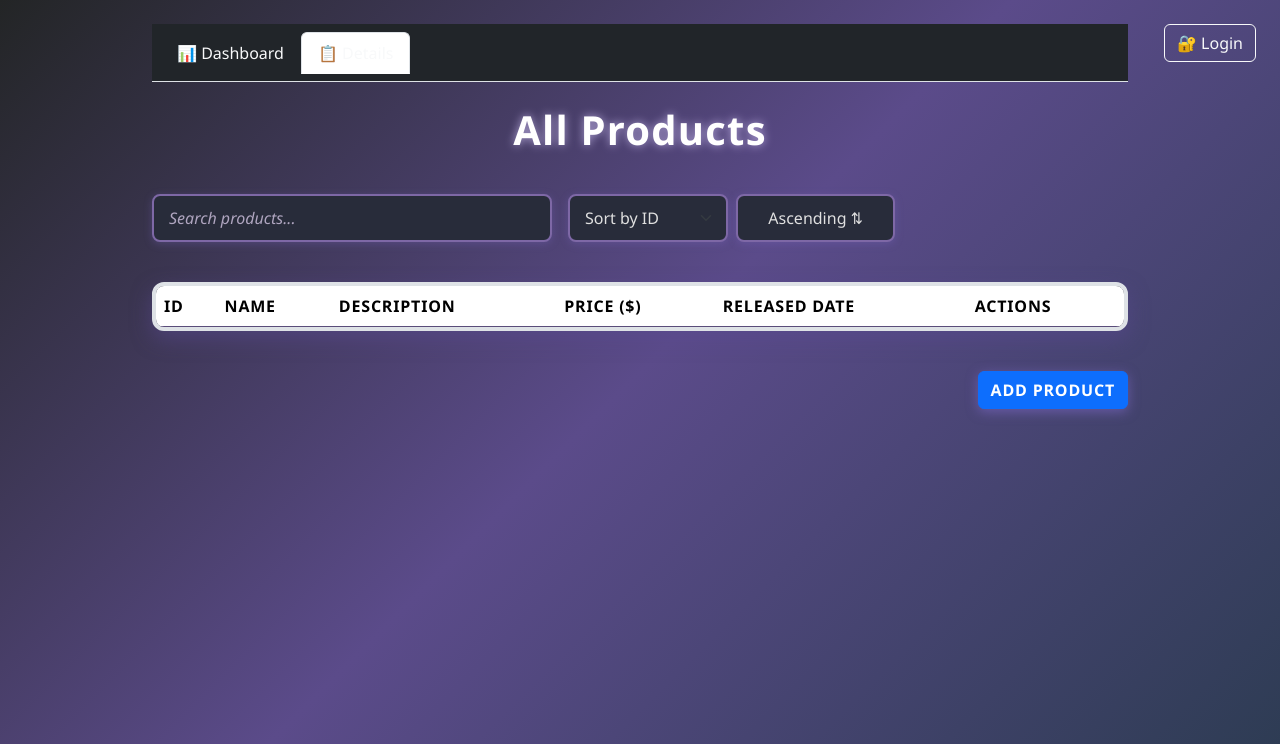
Repository: shyamoracle/training_case_study
Page: pmsagain/pmsitis/src/main/resources/webapp/index.html
These files come from the project's save history. The page is drawn as it stood at one moment and after the next save; the edit follows.
The browser window is 1280 px wide. The pictures show the whole page.
The page's requests for data from a server got no answer.

Above is the page before, as saved 2025-09-21 05:12:39.

### pmsagain/pmsitis/src/main/resources/webapp/index.html
<!DOCTYPE html>
<html lang="en">
<head>
  <meta charset="UTF-8" />
  <title>Product List</title>
  <link href="https://cdn.jsdelivr.net/npm/bootstrap@5.3.2/dist/css/bootstrap.min.css" rel="stylesheet" />
  <style>
    /* Body & typography */
    body {
      background: linear-gradient(135deg, #232526, #5b4b8a, #2e3c54);
      color: #e0e0e0;
      font-family: 'Segoe UI', Tahoma, Geneva, Verdana, sans-serif;
      min-height: 100vh;
      padding-bottom: 2rem;
    }

    /* Header */
    h1 {
      text-align: center;
      margin-bottom: 2.5rem;
      color: rgb(255, 255, 255)!important;
      font-weight: 700;
      letter-spacing: 1.2px;
      text-shadow: 0 0 10px rgba(216, 202, 255, 0.7);
    }

    /* Container tweaks */
    .container {
      max-width: 1000px;
    }
    #searchInput {
  width: 100%;
  max-width: 400px;
  padding: 10px 15px;
  margin-bottom: 1.5rem;
  border: 2px solid #7e68a6;  /* lavender border */
  border-radius: 8px;
  background-color: #282c3a;  /* matching table background */
  color: #e0e0e0;
  font-size: 1rem;
  box-shadow: 0 2px 8px rgba(125, 105, 200, 0.3);
  transition: border-color 0.3s ease, box-shadow 0.3s ease;
}

#searchInput::placeholder {
  color: #b0a6c0;
  font-style: italic;
}

#searchInput:focus {
  outline: none;
  border-color: #a593d1;  /* lighter lavender on focus */
  box-shadow: 0 0 8px 2px rgba(165, 147, 209, 0.7);
  background-color: #2e3150;
}


    /* Table styling */
    table {
      border-collapse: separate !important;
      border-spacing: 0;
      border-radius: 12px;
      overflow: hidden;
      border: 4px solid white;  /* thick white border */
      background-color: #282c3a;
      box-shadow: 0 8px 20px rgba(89, 74, 146, 0.5);
      transition: box-shadow 0.3s ease;
      width: 100%;
    }

    table:hover {
      box-shadow: 0 12px 30px rgba(89, 74, 146, 0.8);
    }

    thead th {
      background-color: #7e68a6;
      color: #fff;
      font-weight: 600;
      border-bottom: 3px solid #5a4d7a;
      padding: 14px 50px;
      letter-spacing: 0.05em;
      text-transform: uppercase;
      user-select: none;
    }

    tbody tr:hover {
      background-color: #3b3f58;
      cursor: pointer;
      transition: background-color 0.3s ease;
    }

    tbody td {
      border-top: 1px solid #5a4d7a;
      padding: 14px 50px;
      color: #cfcfe3;
      vertical-align: middle;
    }

    tbody tr:last-child td:first-child {
      border-bottom-left-radius: 12px;
    }

    tbody tr:last-child td:last-child {
      border-bottom-right-radius: 12px;
    }

    /* Action buttons in table */
    .btn-sm {
      padding: 0.25rem 0.5rem;
      font-size: 0.875rem;
    }

    /* Add Product button */
    .btn-add {
      margin-top: 1.5rem;
      margin-bottom: 1rem;
      float: right;
      box-shadow: 0 3px 12px rgba(125, 105, 200, 0.6);
      font-weight: 600;
      letter-spacing: 0.05em;
      text-transform: uppercase;
      transition: background-color 0.3s ease, box-shadow 0.3s ease;
    }

    .btn-add:hover {
      background-color: #6a54a2;
      box-shadow: 0 5px 15px rgba(125, 105, 200, 0.9);
    }
#sortSelect {
  min-width: 160px;
 width: 100%;
  max-width: 400px;
  padding: 10px 15px;
  margin-bottom: 1.5rem;
  border: 2px solid #7e68a6;  /* lavender border */
  border-radius: 8px;
  background-color: #282c3a;  /* matching table background */
  color: #e0e0e0;
  font-size: 1rem;
  box-shadow: 0 2px 8px rgba(125, 105, 200, 0.3);
  transition: border-color 0.3s ease, box-shadow 0.3s ease;
}

#toggleOrderBtn {
  min-width: 130px;
   width: 100%;
  max-width: 400px;
  padding: 10px 15px;
  margin-bottom: 1.5rem;
  border: 2px solid #7e68a6;  /* lavender border */
  border-radius: 8px;
  background-color: #282c3a;  /* matching table background */
  color: #e0e0e0;
  font-size: 1rem;
  box-shadow: 0 2px 8px rgba(125, 105, 200, 0.3);
  transition: border-color 0.3s ease, box-shadow 0.3s ease;
}



    /* Responsive adjustments */
    @media (max-width: 768px) {
      thead th, tbody td {
        padding: 10px 12px;
      }
      .btn-add {
        float: none;
        display: block;
        width: 100%;
        text-align: center;
      }
    }
  </style>
</head>
<body>
  <div class="container mt-4">
  <ul class="nav nav-tabs bg-dark p-2 mb-4">
  <li class="nav-item">
    <a class="nav-link text-light" href="dashboard.html">📊 Dashboard</a>
  </li>
  <li class="nav-item">
    <a class="nav-link text-light active" href="index.html">📋 Details</a>
  </li>
</ul>

  <button
  class="btn btn-outline-light position-absolute top-0 end-0 m-4"
  data-bs-toggle="modal"
  data-bs-target="#loginModal"
  title="Login to change DB credentials"
>
  🔐 Login
</button>

  <!-- Login Modal -->
<div class="modal fade" id="loginModal" tabindex="-1" aria-labelledby="loginModalLabel" aria-hidden="true">
  <div class="modal-dialog">
    <div class="modal-content text-dark">
      <div class="modal-header">
        <h5 class="modal-title" id="loginModalLabel">Login to DB</h5>
        <button type="button" class="btn-close" data-bs-dismiss="modal" aria-label="Close"></button>
      </div>
      <div class="modal-body">
        <form id="loginForm">
          <div class="mb-3">
            <label for="dbUsername" class="form-label">Username</label>
            <input type="text" class="form-control" id="dbUsername" required value="shyam" />
          </div>
          <div class="mb-3">
            <label for="dbPassword" class="form-label">Password</label>
            <input type="password" class="form-control" id="dbPassword" required value="shyam" />
          </div>
          <div class="d-flex justify-content-end">
            <button type="submit" class="btn btn-primary">Login</button>
          </div>
        </form>
      </div>
    </div>
  </div>
</div>

    <h1>All Products</h1>

   <div class="d-flex flex-wrap align-items-center gap-3 mb-3">
  <input
    type="text"
    id="searchInput"
    placeholder="Search products..."
    aria-label="Search products"
    class="flex-grow-1"
  />

  <div class="d-flex gap-2 ">
    <select id="sortSelect" class="form-select">
      <option value="productId">Sort by ID</option>
      <option value="productName">Sort by Name</option>
      <option value="productDescription">Sort by Description</option>
      <option value="productPrice">Sort by Price</option>
      <option value="productReleasedOn">Sort by Release Date</option>
    </select>

    <button id="toggleOrderBtn" class="btn btn-outline-light">Ascending ⇅</button>
  </div>
</div>


    <table class="table">
      <thead>

  <tr>
    <th data-column="productId" class="sortable">ID</th>
    <th data-column="productName" class="sortable">Name</th>
    <th data-column="productDescription" class="sortable">Description</th>
    <th data-column="productPrice" class="sortable">Price ($)</th>
    <th data-column="productReleasedOn" class="sortable">Released Date</th>
    <th>Actions</th>
  </tr>
</thead>

      <tbody id="productTableBody"></tbody>
    </table>

    <a href="add-product.html" class="btn btn-primary btn-add">Add Product</a>

  </div>

  <script src="js/api.js"></script>
  <script src="js/main.js"></script>
  <script src="js/search.js"></script>
  <script src="js/sort.js"></script>
  <script src="https://cdn.jsdelivr.net/npm/bootstrap@5.3.2/dist/js/bootstrap.bundle.min.js"></script>

</body>
</html>

### pmsagain/pmsitis/src/main/resources/webapp/js/api.js
const API_BASE = "http://localhost:8080/pmsapp/webapi/products";

async function getAllProducts() {
  const res = await fetch(`${API_BASE}/all`);
  return await res.json();
}

async function deleteProduct(id) {
  await fetch(`${API_BASE}/delete/${id}`, { method: "DELETE" });
}

async function addProduct(product) {
  return await fetch(`${API_BASE}/add`, {
    method: "POST",
    headers: { "Content-Type": "application/json" },
    body: JSON.stringify(product),
  });
}

async function getProduct(id) {
  const res = await fetch(`${API_BASE}/view?id=${id}`);
  return await res.json();
}

async function updateProduct(id, product) {
  return await fetch(`${API_BASE}/edit/${id}`, {
    method: "PUT",
    headers: { "Content-Type": "application/json" },
    body: JSON.stringify(product),
  });
}

### pmsagain/pmsitis/src/main/resources/webapp/js/main.js
let productsCache = [];

document.addEventListener("DOMContentLoaded", async () => {
  productsCache = await getAllProducts();

  // Initialize sorting and render the result
  const initiallySorted = initSortUI(productsCache, renderTable);
  renderTable(initiallySorted);

  initSearch(); // still in search.js
});

function renderTable(products) {
  const tableBody = document.getElementById("productTableBody");
  tableBody.innerHTML = "";

  products.forEach(product => {
    const row = document.createElement("tr");
    row.innerHTML = `
      <td>${product.productId}</td>
      <td>${product.productName}</td>
      <td>${product.productDescription}</td>
      <td>${product.productPrice}</td>
      <td>${product.productReleasedOn}</td>
      <td>
        <a href="edit-product.html?id=${product.productId}" class="btn btn-sm btn-primary">Edit</a>
        <button class="btn btn-sm btn-danger" onclick="deleteAndReload(${product.productId})">Delete</button>
      </td>`;
    tableBody.appendChild(row);
  });
}

async function deleteAndReload(id) {
  if (confirm("Are you sure you want to delete this product?")) {
    await deleteProduct(id);
    window.location.reload();
  }
}

### pmsagain/pmsitis/src/main/resources/webapp/js/search.js
// search.js
document.addEventListener('DOMContentLoaded', () => {
  const searchInput = document.getElementById('searchInput');
  const tableBody = document.getElementById('productTableBody');

  if (!searchInput || !tableBody) return; // safety check

  searchInput.addEventListener('input', () => {
    const filter = searchInput.value.toLowerCase();
    const rows = tableBody.getElementsByTagName('tr');

    for (let row of rows) {
      let text = '';
      for (let cell of row.cells) {
        text += cell.textContent.toLowerCase() + ' ';
      }
      row.style.display = text.includes(filter) ? '' : 'none';
    }
  });
});
/**
 *
 */

### pmsagain/pmsitis/src/main/resources/webapp/js/sort.js
// sort.js

let currentSort = { column: 'productId', ascending: true };

function initSortUI(products, onSortedCallback) {
  const sortSelect = document.getElementById("sortSelect");
  const toggleOrderBtn = document.getElementById("toggleOrderBtn");

  // Set default text
  toggleOrderBtn.textContent = currentSort.ascending ? "Ascending" : "Descending";

  // Event: Change column
  sortSelect.addEventListener("change", () => {
    currentSort.column = sortSelect.value;
    const sorted = sortProducts(products);
    onSortedCallback(sorted);
  });

  // Event: Toggle order
  toggleOrderBtn.addEventListener("click", () => {
    currentSort.ascending = !currentSort.ascending;
    toggleOrderBtn.textContent = currentSort.ascending ? "Ascending" : "Descending";
    const sorted = sortProducts(products);
    onSortedCallback(sorted);
  });

  // Initial sort
  return sortProducts(products);
}

function sortProducts(products) {
  return [...products].sort((a, b) => {
    let valA = a[currentSort.column];
    let valB = b[currentSort.column];

    if (!isNaN(valA) && !isNaN(valB)) {
      valA = parseFloat(valA);
      valB = parseFloat(valB);
    } else if (isValidDate(valA) && isValidDate(valB)) {
      valA = new Date(valA);
      valB = new Date(valB);
    } else {
      valA = valA.toString().toLowerCase();
      valB = valB.toString().toLowerCase();
    }

    if (valA < valB) return currentSort.ascending ? -1 : 1;
    if (valA > valB) return currentSort.ascending ? 1 : -1;
    return 0;
  });
}

function isValidDate(val) {
  return !isNaN(Date.parse(val));
}

After the next save:
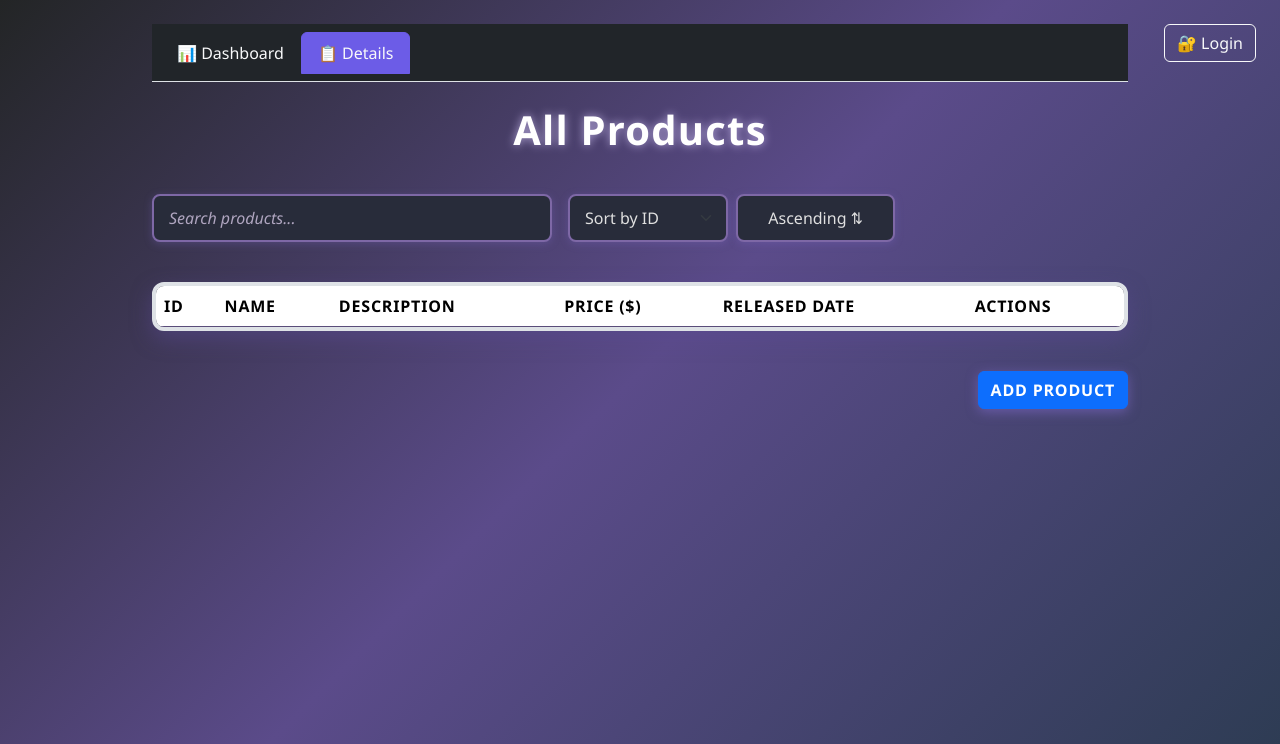
Saved 63 s later.
--- a/pmsagain/pmsitis/src/main/resources/webapp/index.html
+++ b/pmsagain/pmsitis/src/main/resources/webapp/index.html
@@ -155,7 +155,10 @@
   box-shadow: 0 2px 8px rgba(125, 105, 200, 0.3);
   transition: border-color 0.3s ease, box-shadow 0.3s ease;
 }
-
+    .nav-tabs .nav-link.active {
+      background-color: #6c5ce7;
+      border-color: #6c5ce7;
+    }
 
 
     /* Responsive adjustments */
